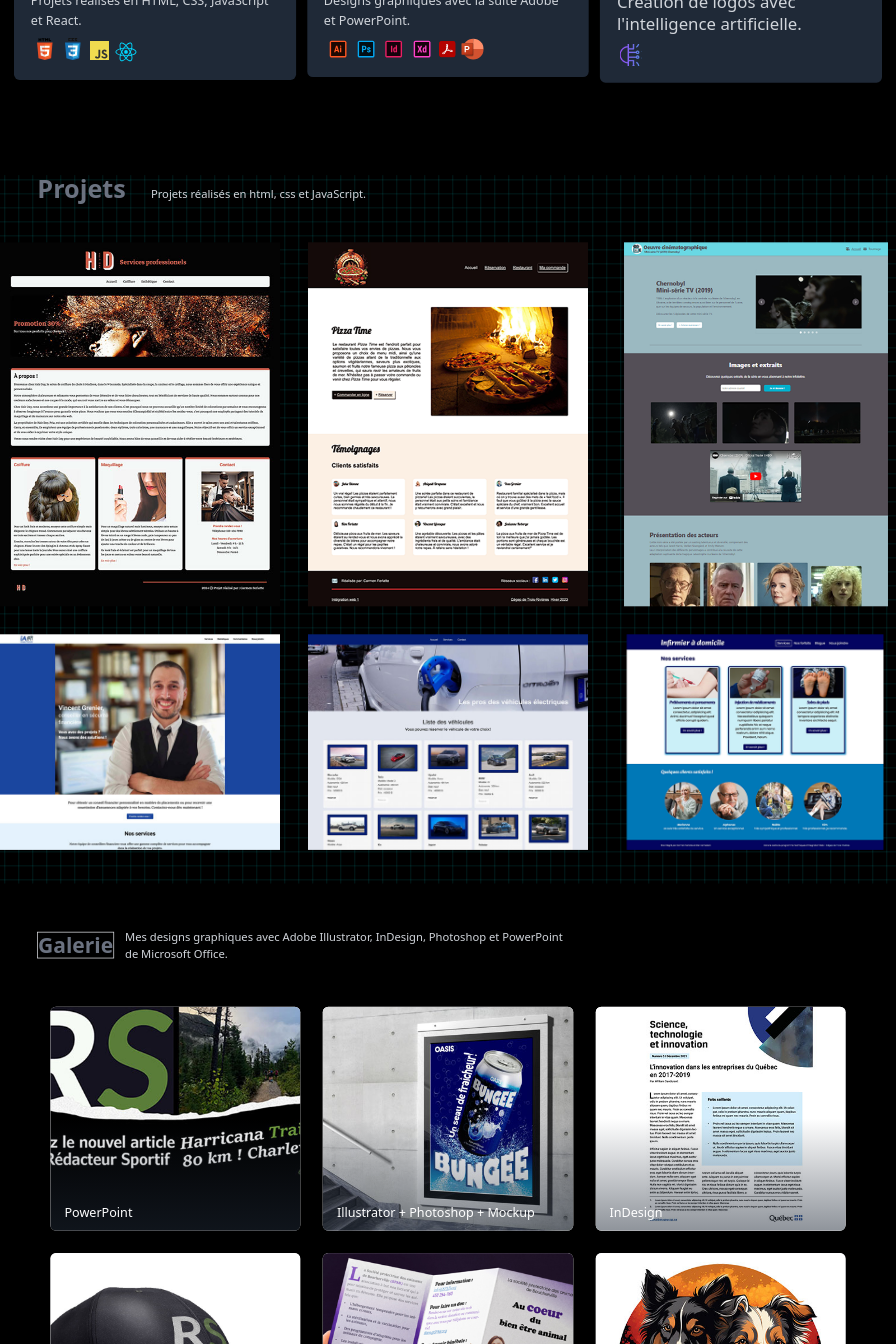
Repository: CarmenFerlatte/TP3__FerlatteCarmen
Page: realisations.html
These files come from the project's save history. The page is drawn as it stood at one moment and after the next save; the edit follows.
The browser window is 1280 px wide. The pictures show the part of the page from y = 703 to 2623 px (the page is 2981 px tall before and 2997 px after), at 70% of full size.
Some web libraries are served in a nearby version. The style sheet was rebuilt from its Sass, Less or Tailwind sources for each picture, by a compiler version that may differ from the author's.

Above is the page before, as saved 2024-08-22 11:57:59.
Console error: TypeError: Cannot read properties of null (reading 'addEventListener')

After the next save:
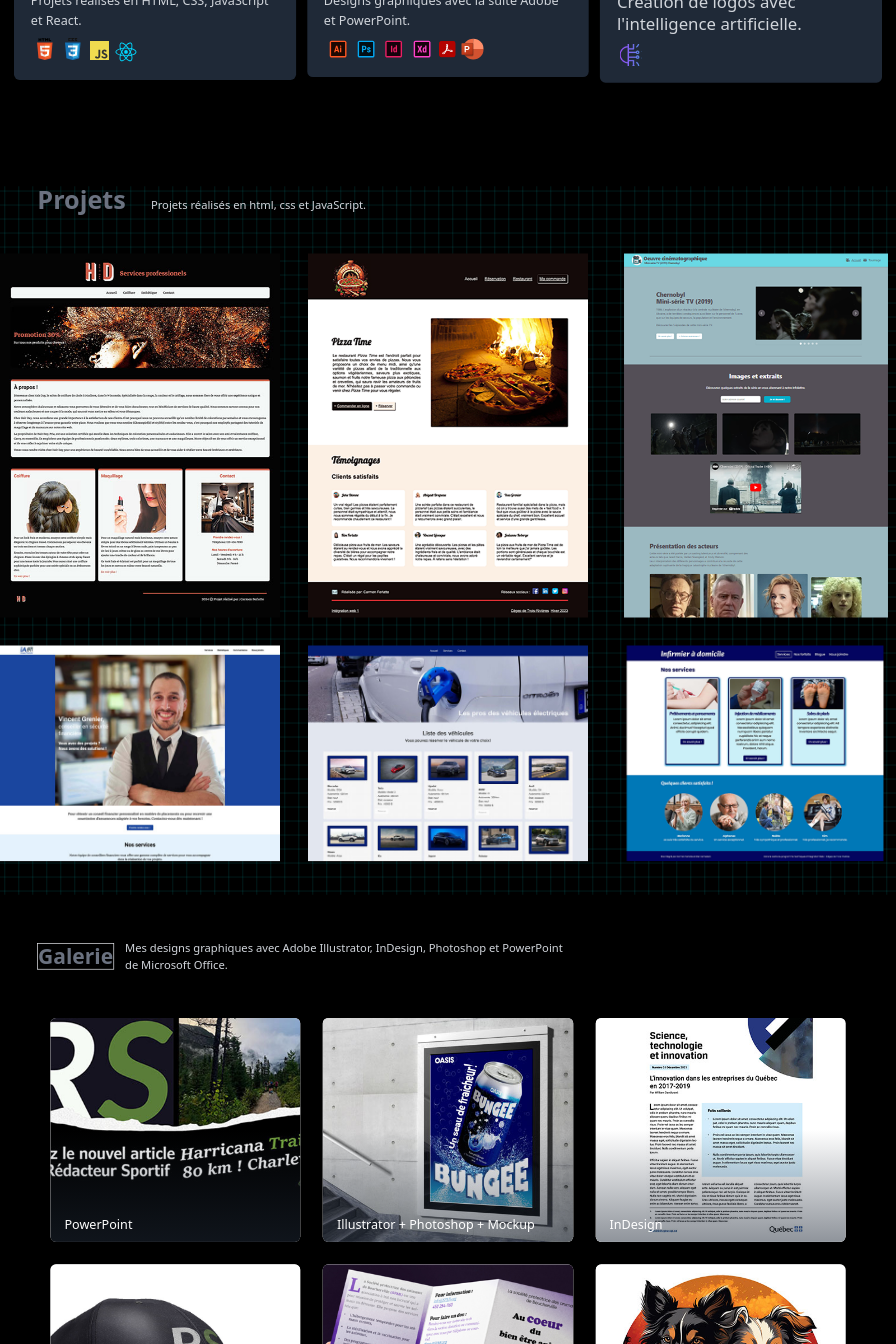
Saved 8 s later.
--- a/realisations.html
+++ b/realisations.html
@@ -90,7 +90,7 @@
     </section>
 
     <section class="cyber-grid h-full">
-        <div class="w-10/12 lg:w-11/12 mx-auto mt-16 flex items-center space-x-4">
+        <div class="w-10/12 lg:w-11/12 mx-auto mt-20 flex items-center space-x-4">
             <h2 id="projets" class="text-2xl md:text-3xl lg:text-4xl font-bold text-gray-500 lg:text-3xl dark:text-white ml-10 sm:ml-0">Projets</h2>
             <p class="max-w-screen-sm text-1xl text-gray-300 dark:text-gray-300 md:block pt-3 pl-5">
                 Projets réalisés en html, css et JavaScript.
